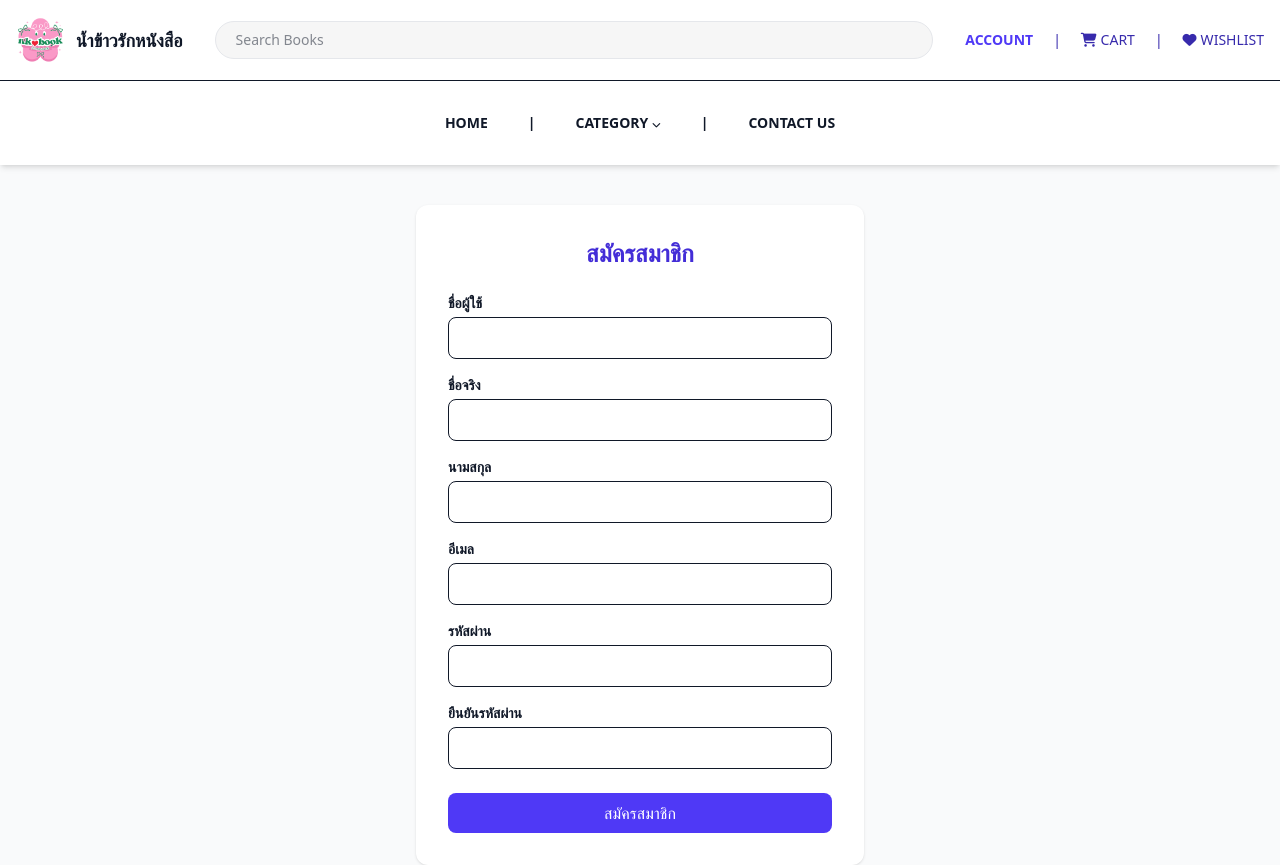
Repository: buratsakon0/NKLoveBook
Page: http://localhost/register
An editor plug-in stored every save of this project. The page is shown before and after the next save, followed by the edit.
The browser window is 1280 px wide. The pictures show the whole page.
The page is served by the project's Laravel application, run on PHP 8.4 with Laravel 12. Style sheets and scripts are compiled from the project's sources, by tool versions that may differ from the author's. Queries for data that is not in the repository find no rows.

Above is the page before, as saved 2025-10-27 00:27:58.

After the next save:
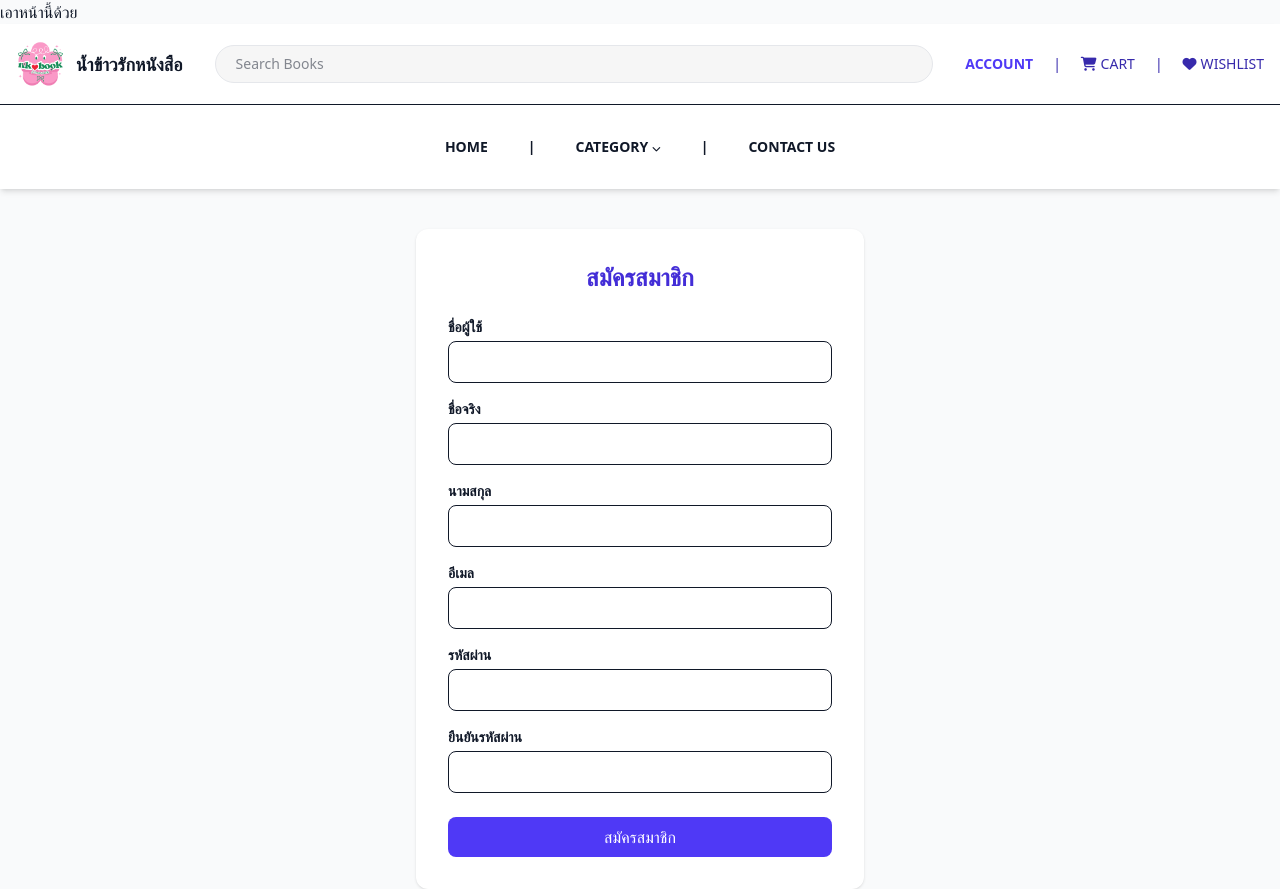
Saved 95 s later.
--- a/resources/views/auth/register.blade.php
+++ b/resources/views/auth/register.blade.php
@@ -90,4 +90,4 @@
     });
 });
 </script>
-@endsection
+@endsection เอาหน้านี้ด้วย

After the save that followed:
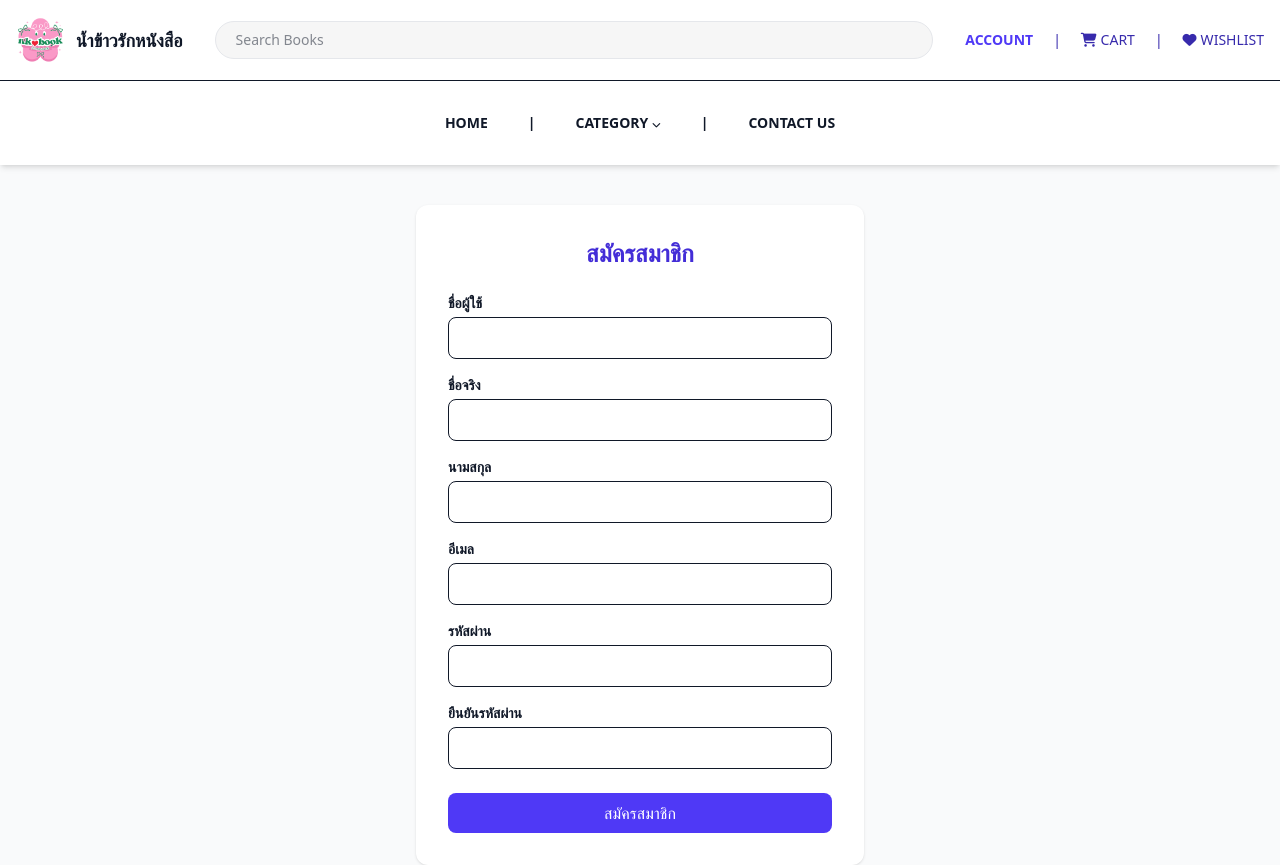
Saved 14 s later.
--- a/resources/views/auth/register.blade.php
+++ b/resources/views/auth/register.blade.php
@@ -90,4 +90,4 @@
     });
 });
 </script>
-@endsection เอาหน้านี้ด้วย
+@endsection
